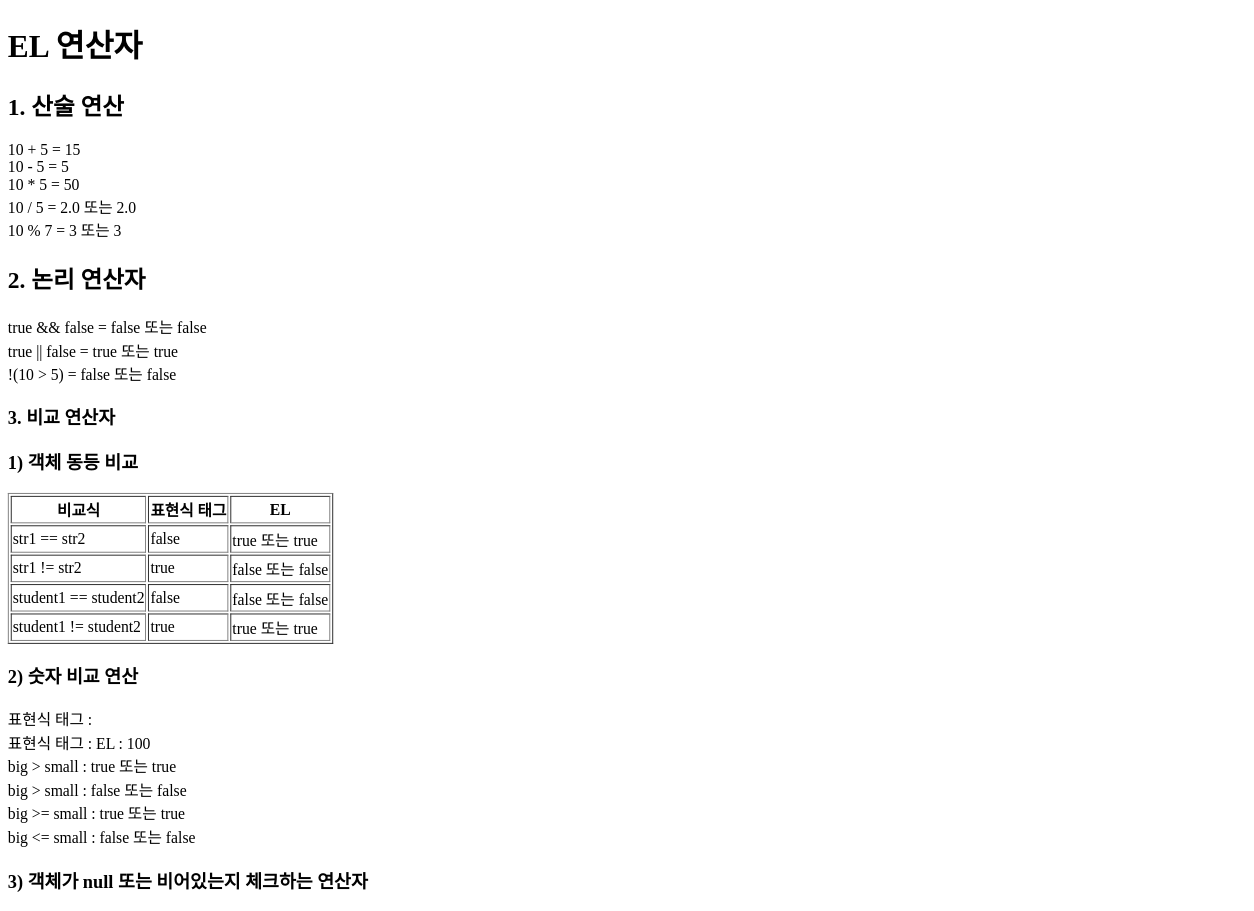
Repository: Parknogyung/Backend
Page: http://localhost/03_EL_JSTL/views/el/elOperators.jsp
The author's editor kept a copy of each file at every save. The page is drawn from the files as they stood at one save, then again after the next save.
The browser window is 1280 px wide. The pictures show the whole page, at 98% of full size.
The page is served by Tomcat 9.

Above is the page before, as saved 2022-07-12 05:17:43.

After the next save:
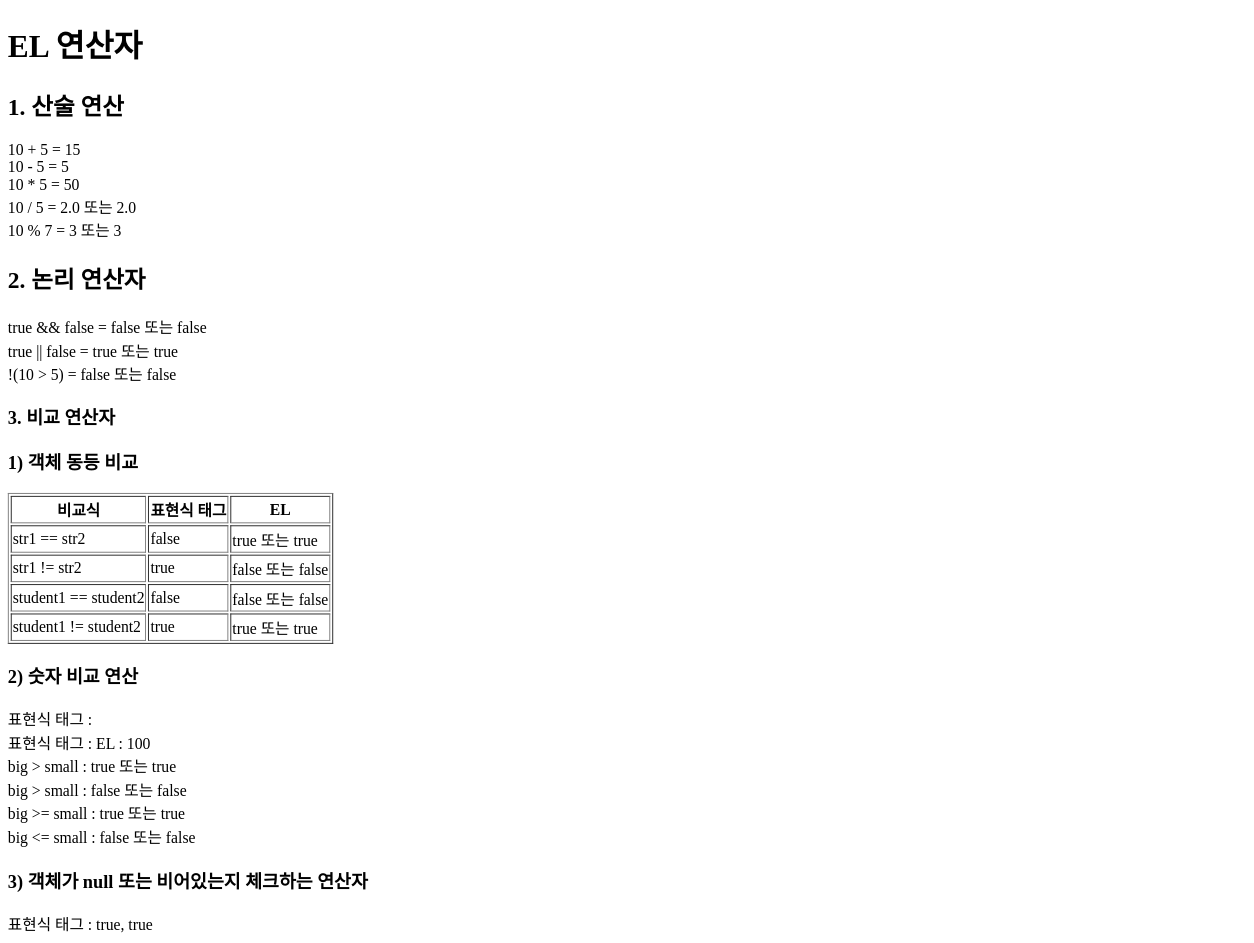
Saved 52 s later.
--- a/03_EL_JSTL/src/main/webapp/views/el/elOperators.jsp
+++ b/03_EL_JSTL/src/main/webapp/views/el/elOperators.jsp
@@ -110,7 +110,7 @@
 		pageContext.setAttribute("list", list);
 	%>
 
-
+	표현식 태그 : <%= str == null %>, <%= list.isEmpty() %>
 
 
 </body>
